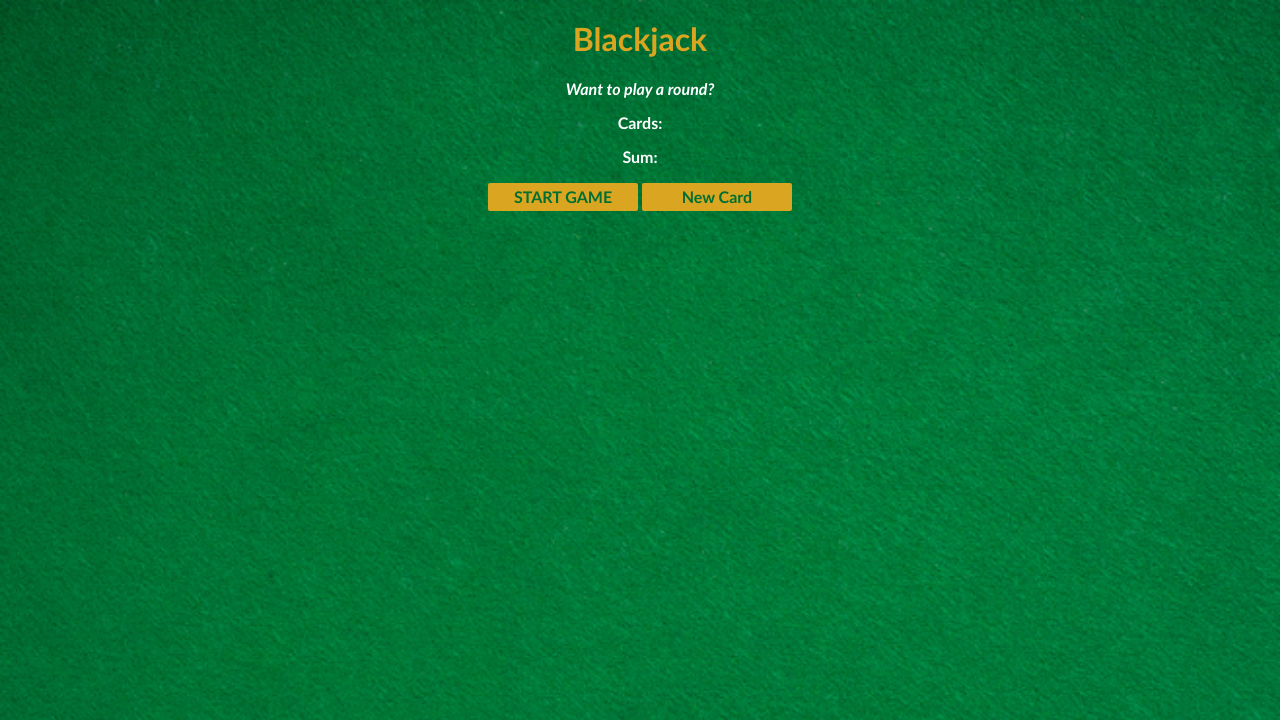
Repository: jt010051/JavaScriptBlackJack
Page: index.html
An editor plug-in stored every save of this project. The page is shown before and after the next save, followed by the edit.
The browser window is 1280 px wide. The pictures show the whole page.

Above is the page before, as saved 2022-02-26 18:34:57.

After the next save:
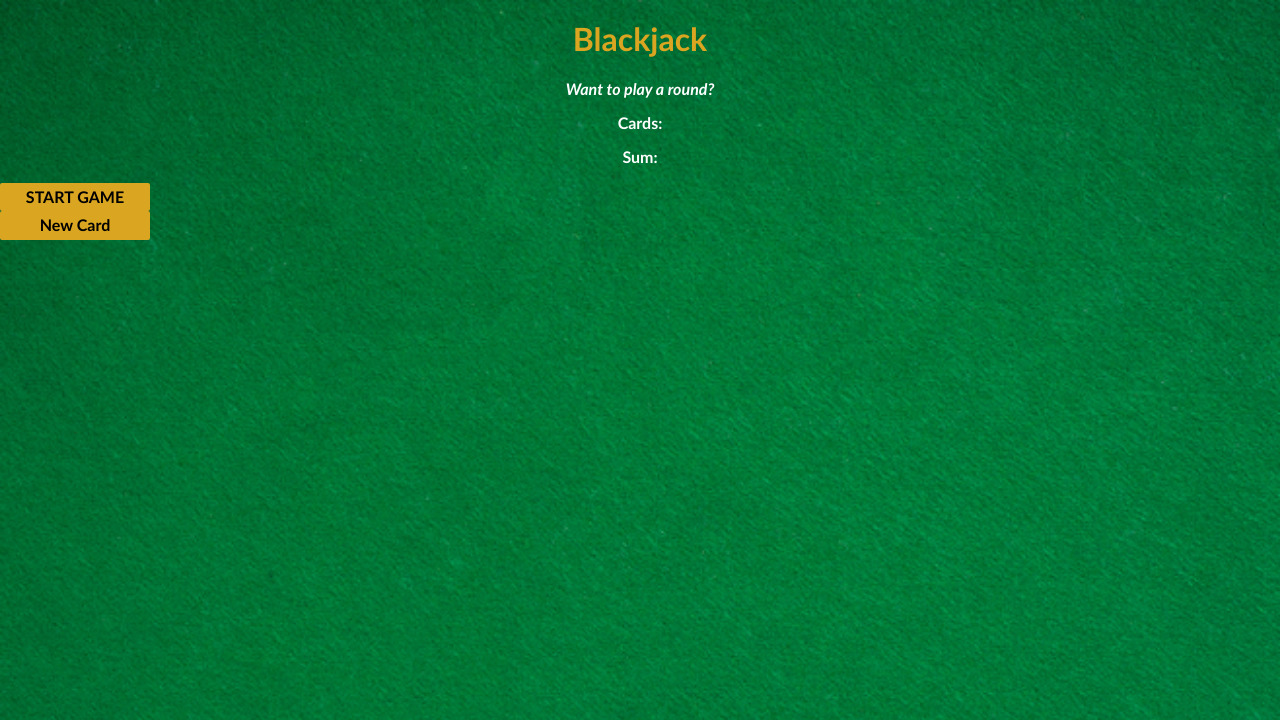
Saved 23 s later.
--- a/index.css
+++ b/index.css
@@ -19,7 +19,8 @@ h1 {
     font-style: italic;
 }
 button {
-
+        display: block;
+        margin: 0 auto.
     color: #016f32;
     width: 150px;
     background: goldenrod;
